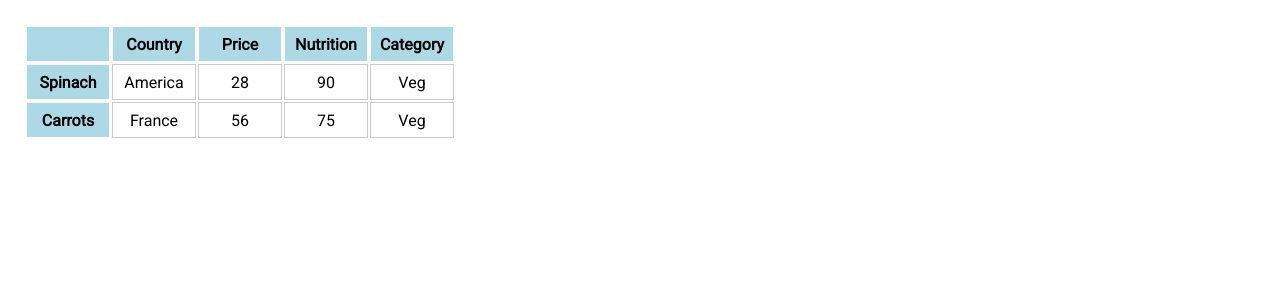
Repository: LivHed/table-jQuery
Page: table.html
The author's editor kept a record of every edit. The page is drawn from the files as they stood at one moment, then again after the next edit.
The browser window is 1280 px wide. The pictures show the whole page.

Above is the page before.

After the next edit:
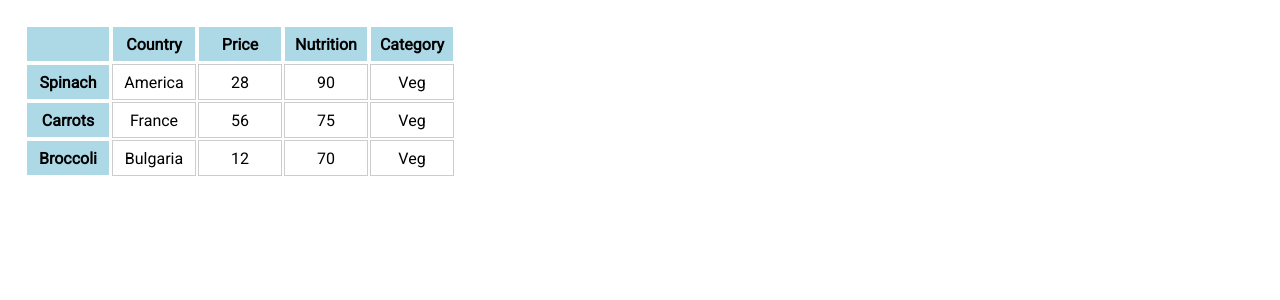
The edit:
--- a/table.html
+++ b/table.html
@@ -51,6 +51,15 @@
       <td>75</td>
       <td>Veg</td>
     </tr>
+    <tr>
+      <th>Broccoli</th>
+      <td>Bulgaria</td>
+      <td>12</td>
+      <td>70</td>
+      <td>Veg</td>
+    </tr>
+
+
   </table>
   <script
   src="https://code.jquery.com/jquery-3.3.1.js"
